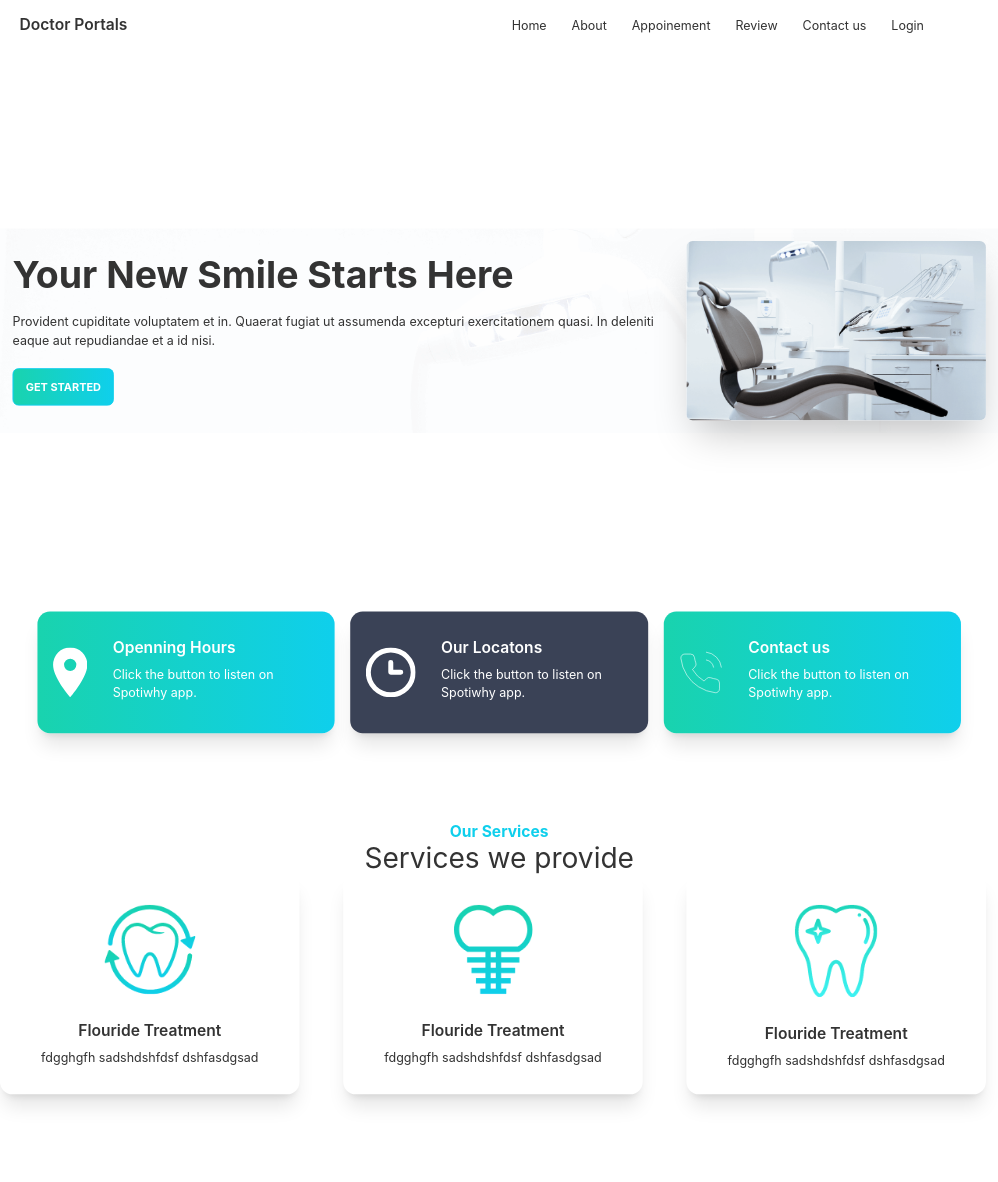
Repository: devsajid/doctors-portal-client
Page: /
An editor plug-in stored every save of this project. The page is shown before and after the next save, followed by the edit.
The browser window is 1280 px wide. The pictures show the whole page, at 78% of full size.
Backgrounds fixed to the window are drawn as part of the page. The project was rebuilt for these pictures with package versions that can differ from the ones it lists, and the page was loaded fresh each time. Also part of the build but not shown: src/App.css, src/Pages/About/About.js, src/Pages/Appoinment/Appoinment.js, src/Pages/Contact/Contact.js, src/Pages/Login/Login.js, src/Pages/Review/Review.js.

Above is the page before, as saved 2022-08-05 22:10:40.

After the next save:
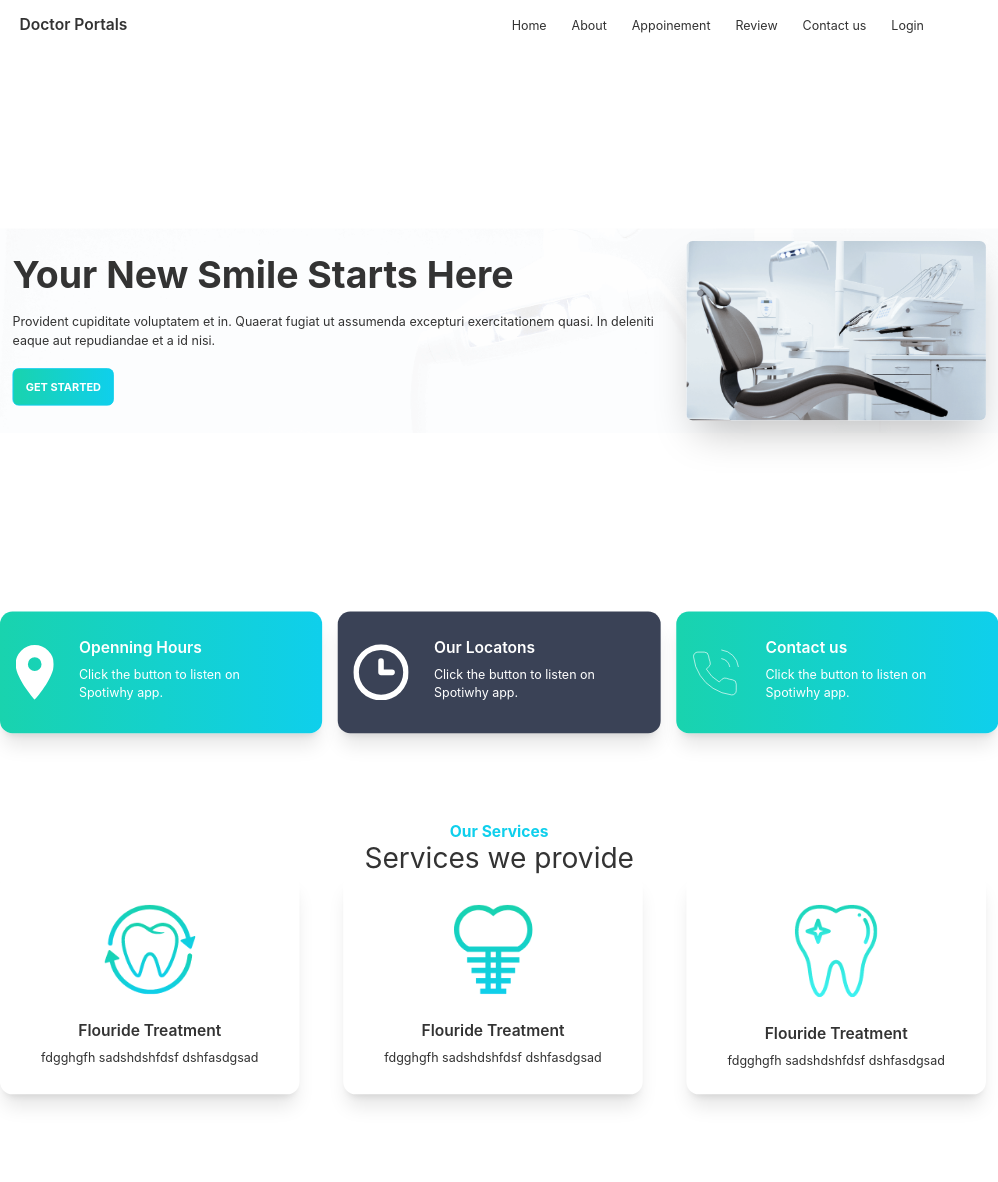
Saved 13 s later.
--- a/src/Pages/Home/Info/Info.js
+++ b/src/Pages/Home/Info/Info.js
@@ -5,7 +5,7 @@ import marker from "../../../assets/icons/marker.svg";
 import phone from "../../../assets/icons/phone.svg";
 const Info = () => {
   return (
-    <div className="grid grid-cols-1 lg:grid-cols-3 gap-5 px-12">
+    <div className="grid grid-cols-1 lg:grid-cols-3 gap-5 ">
       <InfoCard
         cardTitle="Openning Hours"
         bgClass="bg-gradient-to-r from-secondary to-primary"
